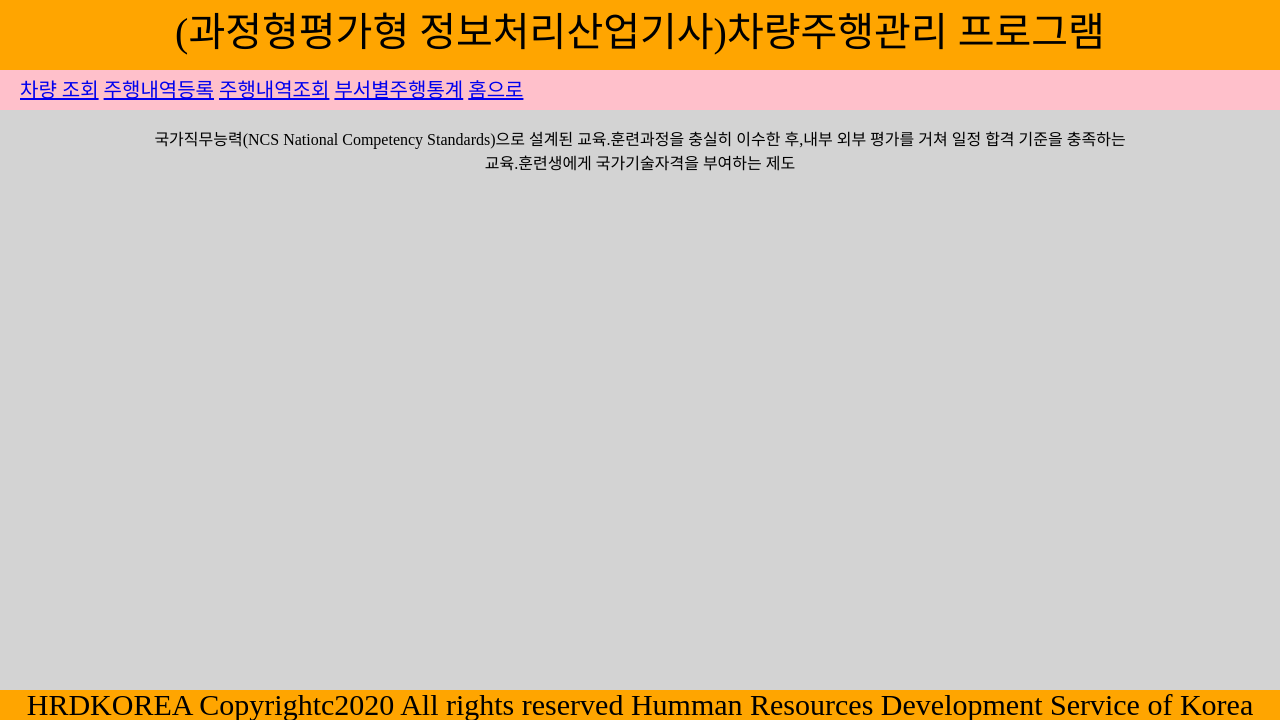
Repository: jeajune0221/information
Page: http://localhost/HRD_2411/
These files come from the project's save history. The page is drawn as it stood at one moment and after a run of saves; the edit follows.
The browser window is 1280 px wide. The pictures show the whole page.
The page is served by Tomcat 9.

Above is the page before, as saved 2026-04-12 15:44:24.

After the next 2 saves:
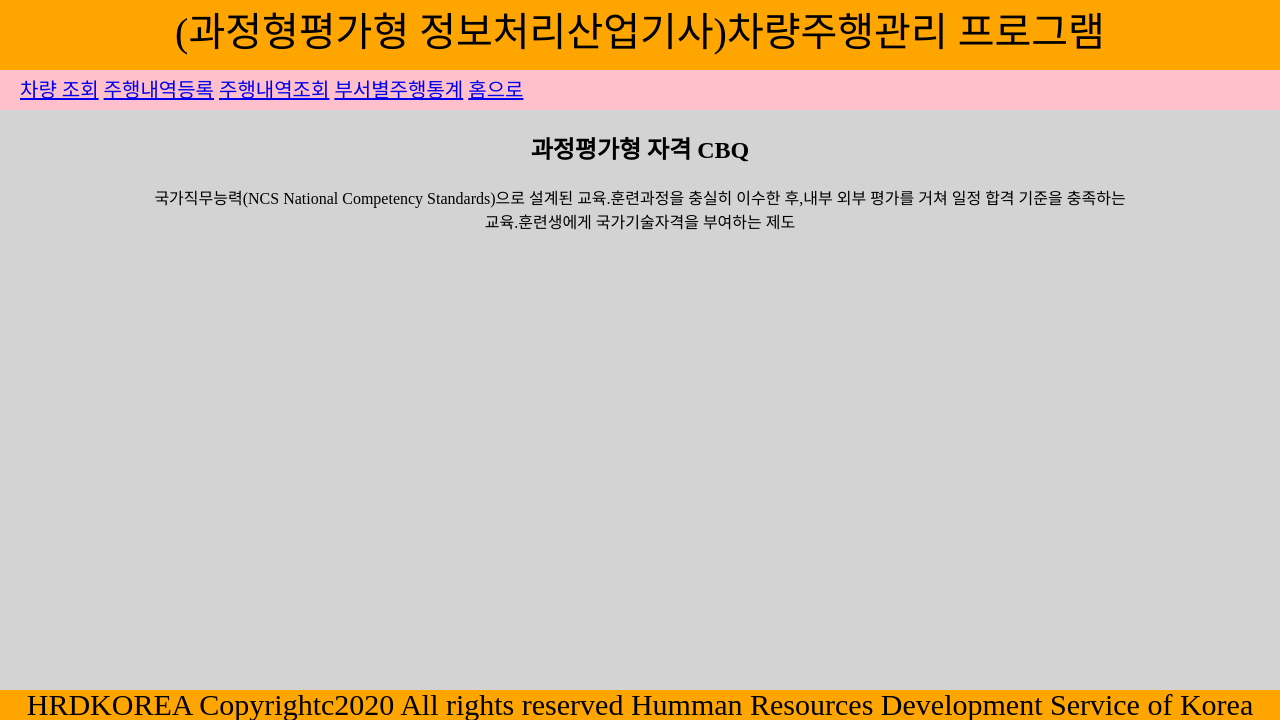
The 2 saves are shown as one change because they came seconds apart.
The last was saved 21 s later.
--- a/HRD_2411/src/main/webapp/index.jsp
+++ b/HRD_2411/src/main/webapp/index.jsp
@@ -10,6 +10,7 @@
 <body>
 <jsp:include page = "header.jsp"/>
 <section>
+<H2>과정평가형 자격 CBQ	</H2>
 <P>국가직무능력(NCS National Competency Standards)으로 설계된 교육.훈련과정을 충실히 이수한 후,내부 외부 평가를 거쳐 일정 합격 기준을 충족하는 <br>교육.훈련생에게 국가기술자격을 부여하는 제도
 </P>
 </section>
